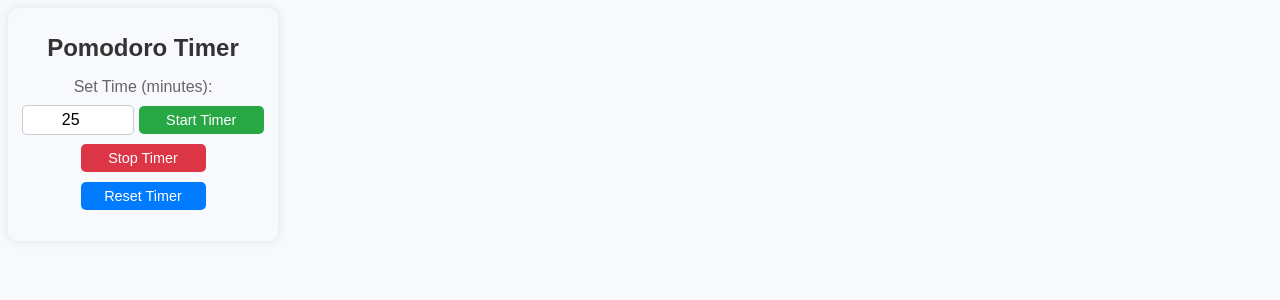
Repository: Prateek09102001/POMODORO-TIMER-UPDATEED-EXTENSIONS
Page: popup.html
The author's editor kept a copy of each file at every save. The page is drawn from the files as they stood at one save, then again after the next save.
The browser window is 1280 px wide. The pictures show the whole page.

Above is the page before, as saved 2024-09-30 19:04:06.

### popup.html
<!DOCTYPE html>
<html lang="en">
<head>
    <meta charset="UTF-8">
    <meta name="viewport" content="width=device-width, initial-scale=1.0">
    <title>Pomodoro Timer</title>
    <link rel="stylesheet" href="style.css">
</head>
<body>
    <h1>Pomodoro Timer</h1>
    <label for="minutes">Set Time (minutes):</label>
    <input type="number" id="minutes" min="1" value="25">
    <button id="start">Start Timer</button>
    <button id="stop">Stop Timer</button>
    <button id="reset">Reset Timer</button>
    <p id="status"></p> <!-- To show the timer status -->

    <script src="popup.js"></script>
</body>
</html>

### style.css
body {
    font-family: 'Arial', sans-serif;
    padding: 10px;
    background-color: #f7f9fc;
    border-radius: 10px;
    box-shadow: 0 0 10px rgba(0, 0, 0, 0.1);
    width: 250px;
    text-align: center; /* Center all text and elements */
}

h1 {
    font-size: 1.5em;
    color: #333;
}

label {
    display: block;
    margin: 10px 0 5px;
    color: #666;
}

input[type="number"] {
    width: 100px; /* Set input width to 100px */
    padding: 5px;
    border-radius: 5px;
    border: 1px solid #ccc;
    text-align: center;
    font-size: 1em;
    margin: 0 auto; /* Center the input */
}

button {
    width: 50%; /* Button width */
    padding: 6px; /* Reduced padding */
    margin: 5px auto; /* Center buttons */
    border: none;
    border-radius: 5px;
    color: #fff;
    font-size: 0.9em; /* Slightly smaller font */
    cursor: pointer;
    transition: background-color 0.3s, transform 0.2s;
}

#start {
    background-color: #28a745; /* Green */
}

#stop {
    background-color: #dc3545; /* Red */
}

#reset {
    background-color: #007bff; /* Blue */
}

button:hover {
    transform: scale(1.05);
}

#status {
    margin-top: 10px;
    color: #333;
    font-weight: bold;
}

### popup.js
document.getElementById('start').addEventListener('click', () => {
    const minutes = parseInt(document.getElementById('minutes').value);
    if (isNaN(minutes) || minutes <= 0) {
        alert("Please enter a valid number of minutes.");
        return;
    }
    const seconds = minutes * 60; // Convert to seconds
    chrome.storage.local.set({ timerDuration: seconds }, () => {
        chrome.runtime.sendMessage({ action: "startTimer" });
        document.getElementById('status').innerText = "Timer started for " + minutes + " minutes.";
        window.close(); // Close the popup
    });
});

document.getElementById('stop').addEventListener('click', () => {
    chrome.runtime.sendMessage({ action: "stopTimer" });
    document.getElementById('status').innerText = "Timer stopped.";
    window.close(); // Close the popup
});

document.getElementById('reset').addEventListener('click', () => {
    chrome.runtime.sendMessage({ action: "resetTimer" });
    document.getElementById('status').innerText = "Timer reset.";
    window.close(); // Close the popup
});

After the next save:
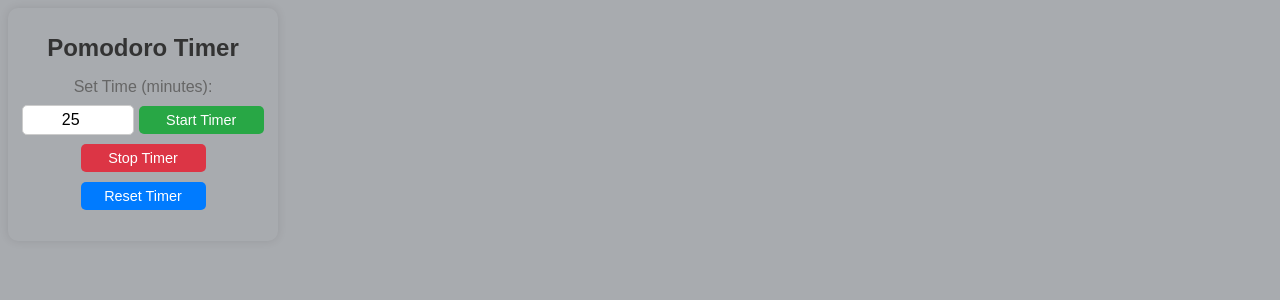
Saved 13 s later.
--- a/style.css
+++ b/style.css
@@ -1,7 +1,7 @@
 body {
     font-family: 'Arial', sans-serif;
     padding: 10px;
-    background-color: #f7f9fc;
+    background-color: #a8abaf;
     border-radius: 10px;
     box-shadow: 0 0 10px rgba(0, 0, 0, 0.1);
     width: 250px;
